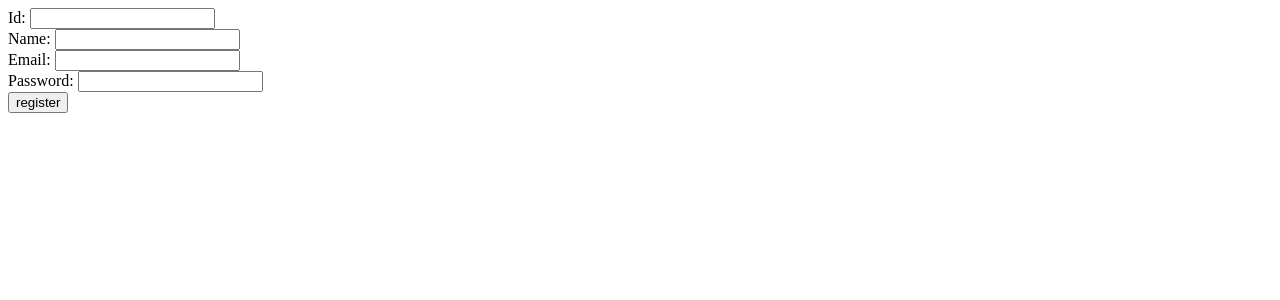
Repository: pawankumarsharm/UST_JDBC_SERVLET
Page: jdbc/empwebapp/WebContent/changepassword.html
These files come from the project's save history. The page is drawn as it stood at one moment and after the next save; the edit follows.
The browser window is 1280 px wide. The pictures show the whole page.

Above is the page before, as saved 2019-11-15 08:22:10.

After the next save:
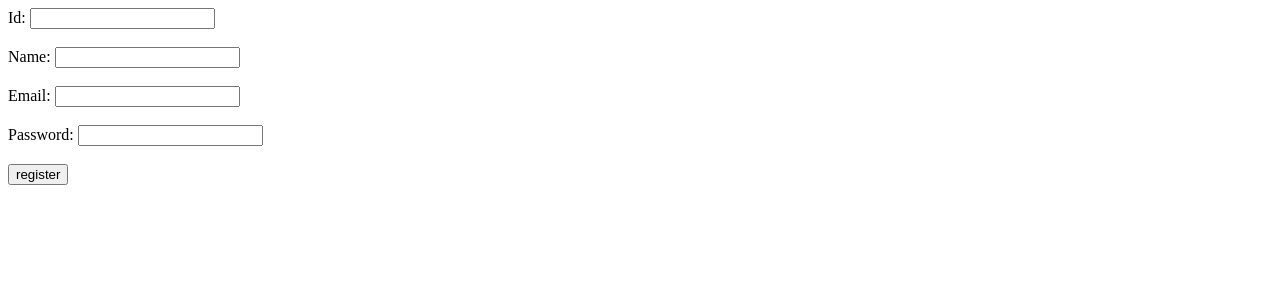
Saved 2 min 26 s later.
--- a/jdbc/empwebapp/WebContent/changepassword.html
+++ b/jdbc/empwebapp/WebContent/changepassword.html
@@ -6,11 +6,11 @@
 </head>
 <body>
 <form action="">
-		Id: <input name="id" type="text"><br>
-		Name: <input name="name" type="text"><br>
-		Email: <input name="email" type="email"><br>
-		Password: <input type="password" name="password"><br>
-		<input type="submit" value ="register">
+		Id: <input name="id" type="text"><br><br>
+		Name: <input name="name" type="text"><br><br>
+		Email: <input name="email" type="email"><br><br>
+		Password: <input type="password" name="password"><br><br>
+		<input type="submit" value ="register"><br>
 	</form>
 
 </body>
